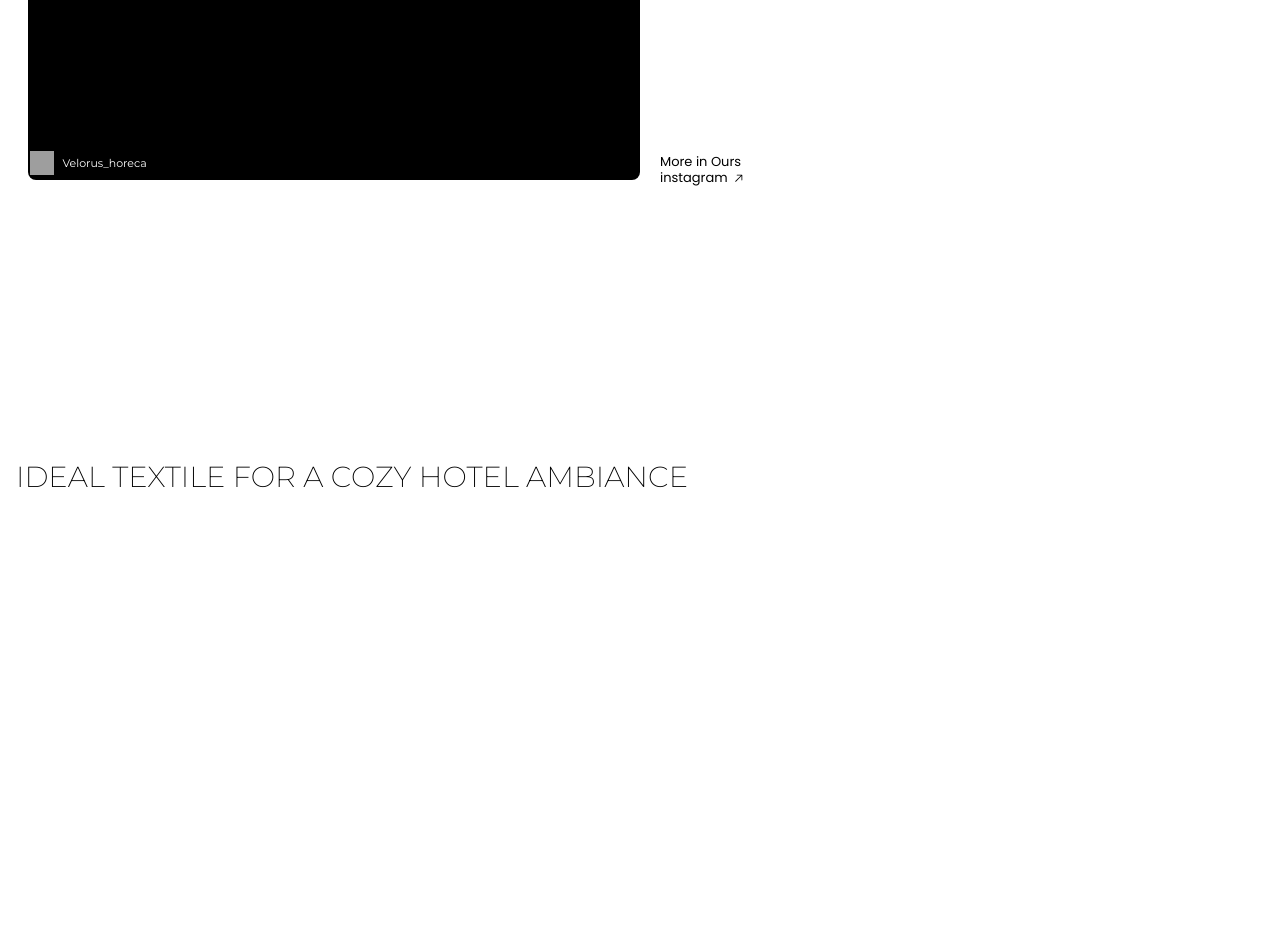
Repository: nikhilsinghrathore1/Shery_02
Page: /
These files come from the project's save history. The page is drawn as it stood at one moment and after the next save; the edit follows.
The browser window is 1280 px wide. The pictures show the part of the page from y = 3289 to 4241 px (the page is 5544 px tall).
Pictures or frames that could not be fetched are drawn as grey boxes. The project was rebuilt for these pictures with package versions that can differ from the ones it lists, and the page was loaded fresh each time. Also part of the build but not shown: vite.config.js.

Above is the page before, as saved 2024-07-18 03:05:42.

After the next save:
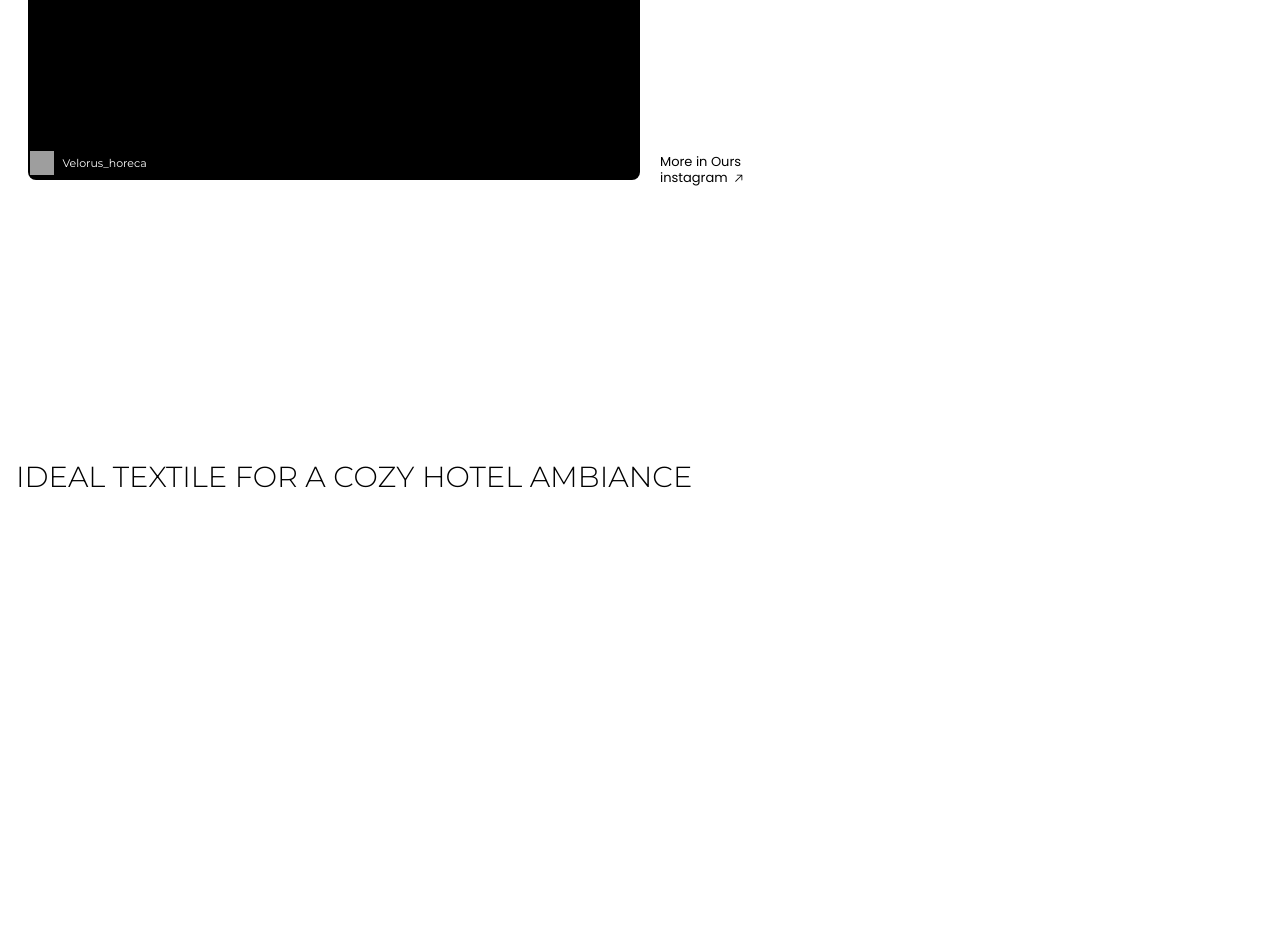
Saved 9 s later.
--- a/src/pages/Landing.jsx
+++ b/src/pages/Landing.jsx
@@ -55,7 +55,7 @@ const Landing = () => {
                </div>
 
                <div className='w-full h-[250vh] px-4'>
-                              <div className='w-full uppercase text-[29px] f1 font-extralight '>
+                              <div className='w-full uppercase text-[29px] f1 font-light '>
                                              <p>ideal textile for a cozy hotel ambiance</p>
                               </div>
                </div>
